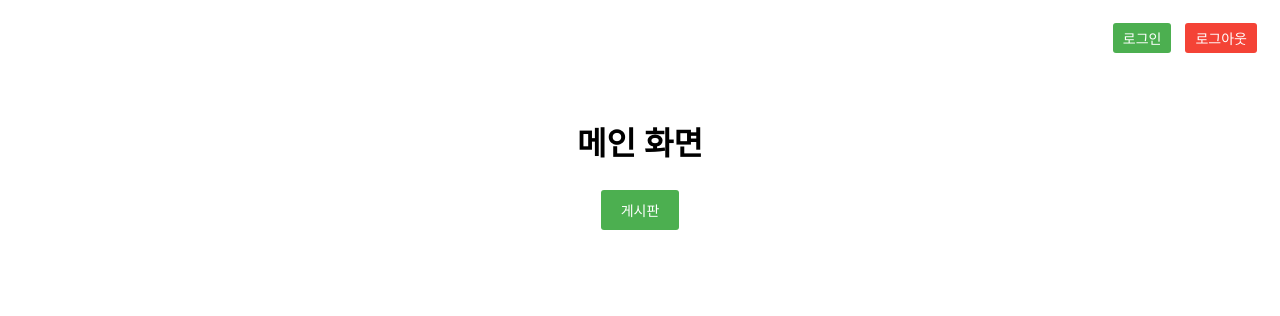
Repository: minjikimkim2222/BBS
Page: http://localhost/BBS/main.jsp
The author's editor kept a copy of each file at every save. The page is drawn from the files as they stood at one save, then again after the next save.
The browser window is 1280 px wide. The pictures show the whole page.
The page is served by Tomcat 9.

Above is the page before, as saved 2024-01-01 09:03:59.

After the next save:
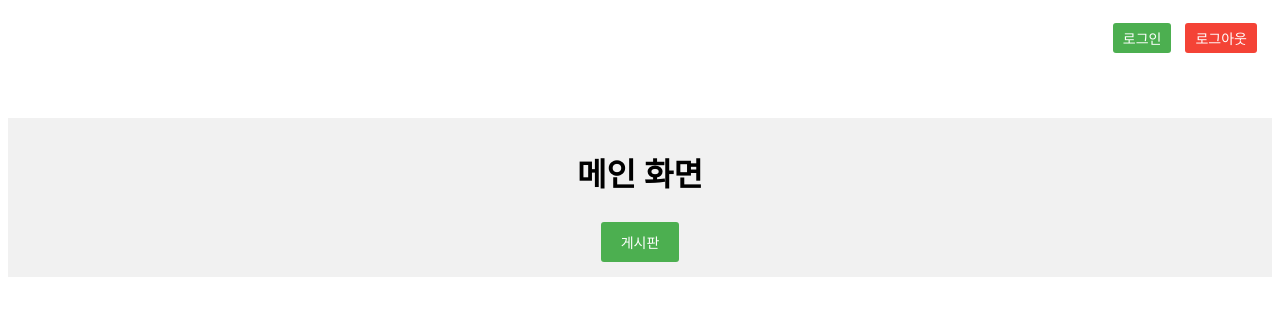
Saved 9 s later.
--- a/BBS/src/main/webapp/main.jsp
+++ b/BBS/src/main/webapp/main.jsp
@@ -17,7 +17,7 @@
         <a href="logoutAction.jsp" class="button logout-button">로그아웃</a>
     </div>
 
-    <div class="center-content">
+    <div class="middle center-content">
     	<h1>메인 화면</h1>
         <!-- 게시판 버튼 -->
         <a href="#" class="button main-button">게시판</a> <!-- 게시판 링크는 아직 추가 안 함  -->
